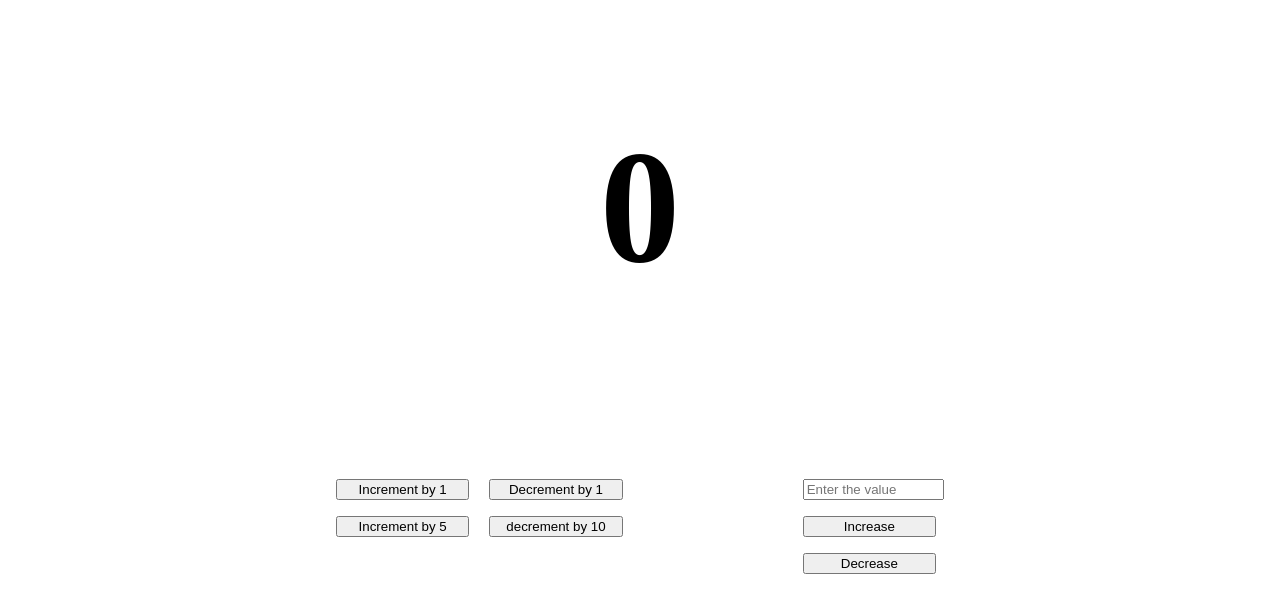
Repository: drumsmanku/micro-project-2
Page: index.html
An editor plug-in stored every save of this project. The page is shown before and after the next save, followed by the edit.
The browser window is 1280 px wide. The pictures show the whole page.

Above is the page before, as saved 2023-04-07 19:44:02.

After the next save:
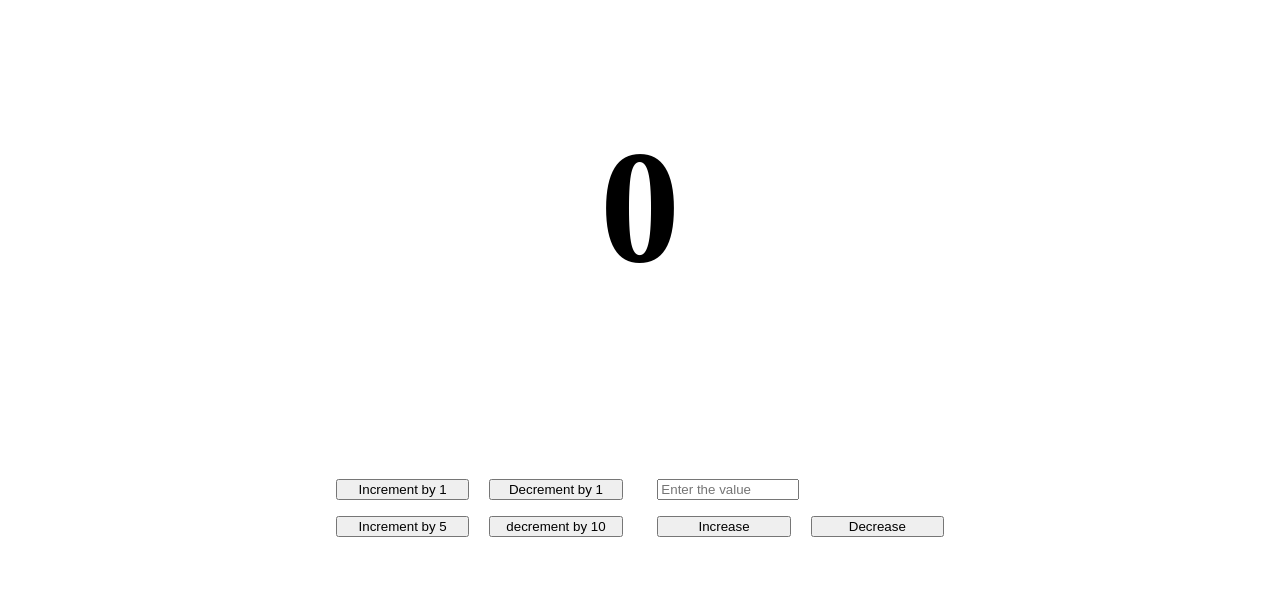
Saved 27 s later.
--- a/index.html
+++ b/index.html
@@ -24,8 +24,11 @@
       </div>
       <div class="second-second-part">
         <input type="number" name="num" id="num" placeholder="Enter the value">
-        <button id="inc-dec-1">Increase</button>
-        <button id="inc-dec-2">Decrease</button>
+        <div class="inc">
+          <button id="inc-dec-1">Increase</button>
+          <button id="inc-dec-2">Decrease</button>
+        </div>
+
       </div>
 
     </div>
